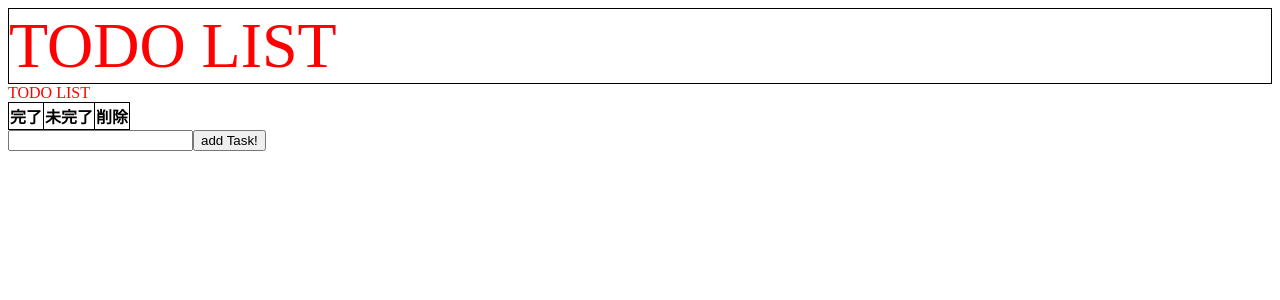
Repository: WistreHosshii/hacathon_todolList
Page: /
An editor plug-in stored every save of this project. The page is shown before and after the next save, followed by the edit.
The browser window is 1280 px wide. The pictures show the whole page.
The page's requests for data from a server got no answer. The project was rebuilt for these pictures with package versions that can differ from the ones it lists, and the page was loaded fresh each time. No one was signed in, and anything a server would have sent is missing.

Above is the page before, as saved 2019-06-09 18:45:25.

After the next save:
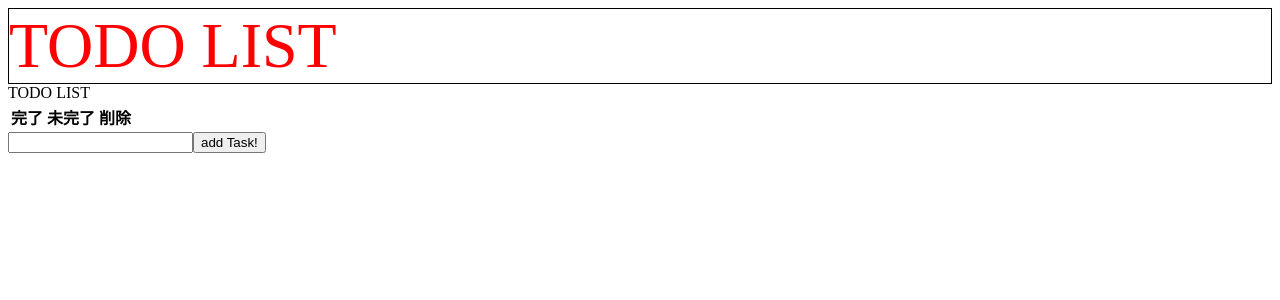
Saved 28 h 33 min later.
--- a/index.html
+++ b/index.html
@@ -6,7 +6,7 @@
     <meta name="viewport" content="width=device-width, initial-scale=1.0">
     <meta http-equiv="X-UA-Compatible" content="ie=edge">
     <title>Document</title>
-    <link rel="stylesheet" href="./index.css">
+    <!-- <link rel="stylesheet" href="./index.css"> -->
 </head>
 
 <body>
